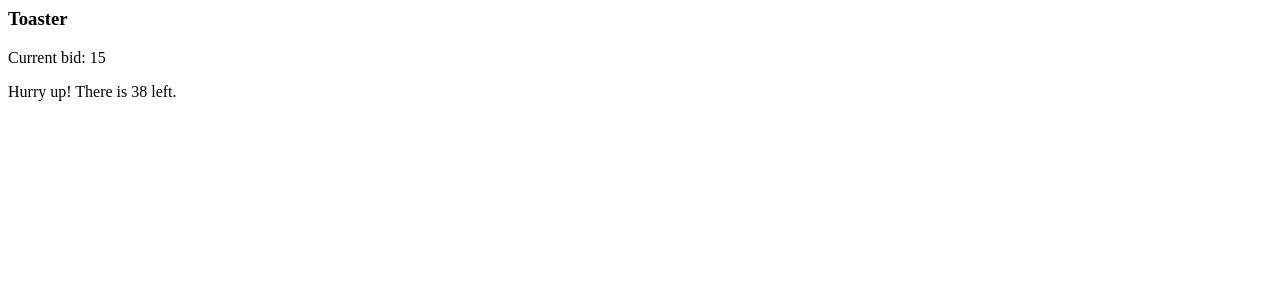
Repository: Polatrite/league-of-clickers
Page: test.html
The author's editor kept a record of every edit. The page is drawn from the files as they stood at one moment, then again after the next edit.
The browser window is 1280 px wide. The pictures show the whole page.

Above is the page before.

### test.html
<html>
<head>
	<meta name="viewport" content="width=device-width, initial-scale=1">
	<title>League of Clickers</title>
	<link rel="shortcut icon" type="image/x-icon" href="favicon.ico"/>

	<script src="lib/rivets.js" text="type/javascript"></script>
	<script src="lib/jquery.js" text="type/javascript"></script>

	<script src="src/game.js" text="type/javascript"></script>

	<script text="type/javascript">

$(document).ready(initialize);

	</script>


</head>
<body class="container-fluid">

<section id="auction">
  <h3>{ auction.product.name }</h3>
  <p>Current bid: { auction.currentBid | money }</p>

  <aside rv-if="auction.timeLeft | lt 120">
    Hurry up! There is { auction.timeLeft | time } left.
  </aside>
</section>


</body>
</html>

### src/game.js

var player = {
    workers: 3859,
    workersUsed: 2811,
    money: 343417831.38
};

var auction = {
    currentBid: 15,
    timeLeft: 38,
    product: {
        name: "Toaster"
    }
};

function initialize() {
    rivets.bind($('#auction'), {auction: auction});
    rivets.bind($('#player'), {player: player});
}

Loaded but not shown: lib/rivets.js (library); lib/jquery.js (library)

After the next edit:
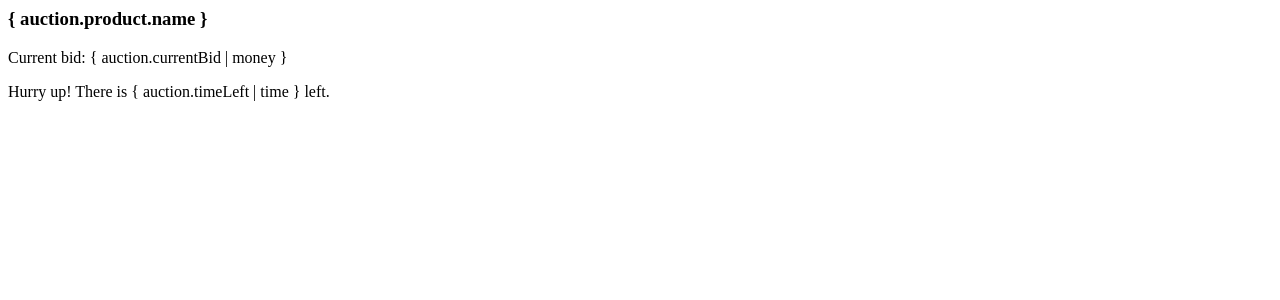
The edit:
--- a/src/game.js
+++ b/src/game.js
@@ -14,6 +14,5 @@
 };
 
 function initialize() {
-    rivets.bind($('#auction'), {auction: auction});
     rivets.bind($('#player'), {player: player});
 }
